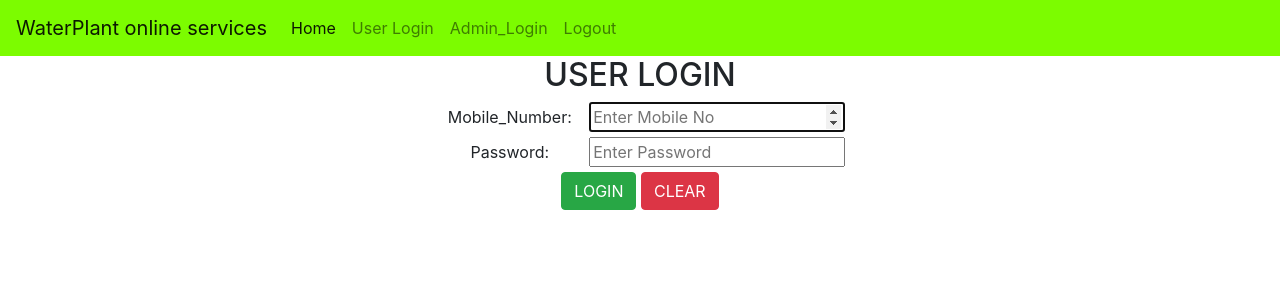
Repository: SHARMILAG97/WebApplication
Page: http://localhost/waterplant_web/userlogin.jsp
The author's editor kept a copy of each file at every save. The page is drawn from the files as they stood at one save, then again after the next save.
The browser window is 1280 px wide. The pictures show the whole page.
The page is served by Tomcat 9. Other server files are loaded and not shown.

Above is the page before, as saved 2019-09-18 09:51:34.
Console error: TypeError: Cannot read properties of undefined (reading 'fn')

### waterplant_web/src/main/webapp/userlogin.jsp
<%@ page language="java" contentType="text/html; charset=ISO-8859-1"
    pageEncoding="ISO-8859-1"%>
<!DOCTYPE html>
<html>
<head>
<meta charset="ISO-8859-1">
<title>UserLogin</title>
<link rel="stylesheet" href="css/bootstrap.min.css">
<script src="js/bootstrap.min.js"></script>
<script src="js/jquery-3.4.1.min.js"></script>

<style type="text/css">
   label{
  width: 150px;
  display: inline-block;
  text-align:center;
   }
</style>



</head>

<body style="text-align:center">

<jsp:include page="headers.jsp"></jsp:include>
<h2>USER LOGIN</h2>
<script type="text/javascript">
       function status() {
           alert("Logged successfully");
           window.location.href = "useroperations.jsp";
       }
 </script>
 <script>

function register() {
    //alert('register');
    event.preventDefault();
   var mobileno = document.getElementById("mobileno").value;
    var password = document.getElementById("password").value;
    var formData = "mobileno=" + mobileno + "&password=" + password;
    console.log(formData);

    var url = "http://localhost:8080/waterplant_web/UserLoginServlet?" + formData;
    console.log(url);
    var formData = {};
    $.get(url, function(response) {
        console.log(response);
        localStorage.setItem("LOGGED_IN_USER",response);
        console.log(response.errorMessage);
        var msg=JSON.parse(response);

        if (msg.errorMessage!=null) {
            alert("Invalid Username/Password");
            window.location.href = "userlogin.jsp";
        } else {
            alert("valid Username/Password");
           status();
        }
    });
}
</script>
<%
String message = request.getParameter("message");
if (message != null){
	out.println("<font color='red'>" + message + "</font>");
}
%>


<form onsubmit="register()">
<label>Mobile_Number:</label>
<input type="number" name="mobileno" id="mobileno" placeholder="Enter Mobile No" required autofocus/>
<br/>

<label>Password:</label>
<input type="password" name="password" id="password" placeholder="Enter Password" required />
<br/>

<input type="submit" value="LOGIN" class="btn btn-success">
<button type="reset" class="btn btn-danger" value="clear">CLEAR</button>
</form>

<script >

function displayName(){

	var user =JSON.parse(localStorage.getItem("LOGGED_IN_USER"));
	var name= user.Name;
	document.getElementById("name").innerHtml = "Welcome....."+ name;
	return name;
}

displayName();
</script>


</body>
</html>

### waterplant_web/src/main/webapp/headers.jsp

<nav class="navbar navbar-expand-md navbar-light" style="background-color: #7CFC00;">
 <a class="navbar-brand" href="index.jsp">WaterPlant online services</a>
 <button class="navbar-toggler" type="button" data-toggle="collapse" data-target="#navbarCollapse" aria-controls="navbarCollapse" aria-expanded="false" aria-label="Toggle navigation">
   <span class="navbar-toggler-icon"></span>
 </button>
 <div class="collapse navbar-collapse" id="navbarCollapse">
   <ul class="navbar-nav mr-auto">
     <li class="nav-item active">
       <a class="nav-link" href="index.jsp">Home</a>
     </li>

     <li class="nav-item">
       <a class="nav-link " href="userlogin.jsp">User Login</a>
     </li>
     <li class="nav-item">
       <a class="nav-link " href="adminlogin.jsp">Admin_Login</a>
     </li>
      <li class="nav-item">
       <a class="nav-link " href="index.jsp">Logout</a>
     </li>

   </ul>
 <!--   <form class="form-inline mt-2 mt-md-0">
   <input class="form-control mr-sm-2" type="text" placeholder="Search" aria-label="Search">
     <button class="btn btn-outline-success my-2 my-sm-0" type="submit">Search</button>
   </form>-->
 </div>
</nav>

Loaded but not shown: waterplant_web/src/main/webapp/css/bootstrap.min.css (library); waterplant_web/src/main/webapp/js/bootstrap.min.js (library); waterplant_web/src/main/webapp/js/jquery-3.4.1.min.js (library)

After the next save:
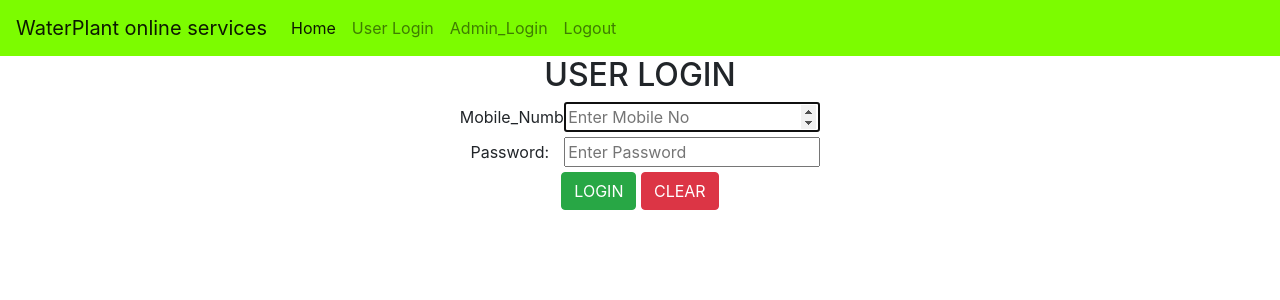
Saved 7 s later.
--- a/waterplant_web/src/main/webapp/userlogin.jsp
+++ b/waterplant_web/src/main/webapp/userlogin.jsp
@@ -11,7 +11,7 @@
 
 <style type="text/css">
    label{
-  width: 150px;
+  width: 100px;
   display: inline-block;
   text-align:center;
    }

After the save that followed:
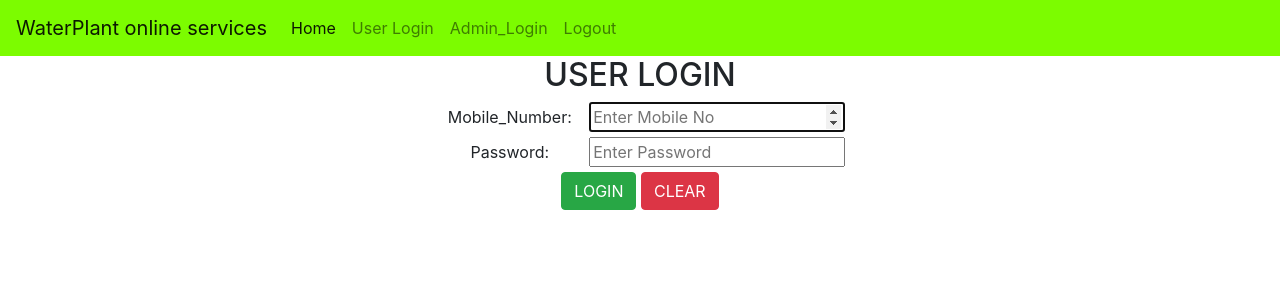
Saved 16 s later.
--- a/waterplant_web/src/main/webapp/userlogin.jsp
+++ b/waterplant_web/src/main/webapp/userlogin.jsp
@@ -11,7 +11,7 @@
 
 <style type="text/css">
    label{
-  width: 100px;
+  width: 150px;
   display: inline-block;
   text-align:center;
    }
